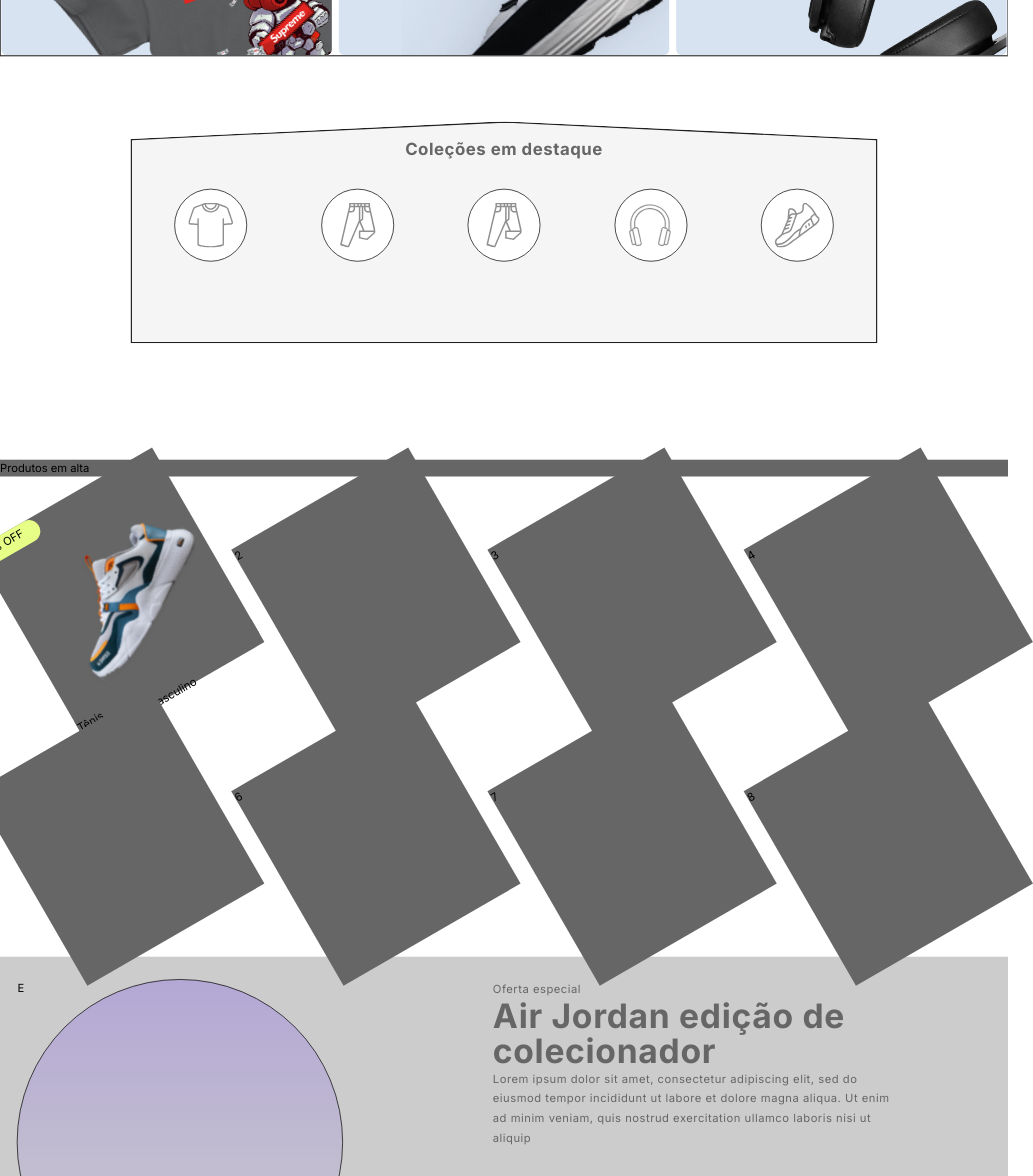
Repository: theophiloweb/landpage_disgital_store
Page: index.html
An editor plug-in stored every save of this project. The page is shown before and after the next save, followed by the edit.
The browser window is 1280 px wide. The page is 1476 px wide, so the pictures cover 1476 px, including what lies to the right of the window. The pictures show the part of the page from y = 1254 to 2934 px (the page is 3529 px tall), at 70% of full size.

Above is the page before, as saved 2025-04-25 09:38:30.

### index.html
<!DOCTYPE html>
<html lang="en">

<head>
  <meta charset="UTF-8" />
  <meta name="viewport" content="width=device-width, initial-scale=1.0" />
  <title>Document</title>
  <script src="https://cdn.jsdelivr.net/npm/@tailwindcss/browser@4"></script>
  <link rel="stylesheet" href="style.css" />
  <link rel="shortcut icon" href="./images/logo.svg" type="image/x-icon" />
</head>

<body>
  <!-- Container principal  -->
  <div class="container">
    <header>
      <div class="logotipo">
        <div class="logotipo_img">
          <img src="./images/logo.svg" alt="Logo" />
        </div>
        <div class="logotipo_text">
          <p>Digital Store</p>
        </div>
      </div>

      <div class="search_bar">
        <div class="search_bar_input">
          <div class="search-wrapper">
            <input type="text" placeholder="Pesquisar produtos" class="input_search" />
            <img src="./images/search.svg" alt="Ícone de busca" class="search-icon" />
          </div>
          <button type="button" class="button_login">Entrar</button>
          <img src="./images/buy0.svg" alt="buy" class="buy_icon" />
        </div>
      </div>
    </header>

    <nav>
      <ul class="nav_links">
        <li>Home</li>
        <li>Produtos</li>
        <li>Categorias</li>
        <li>Meus Pedidos</li>
      </ul>

      <p class="nav_empty"></p>
    </nav>

    <main>
      <aside>
        <section class="slideshow">
          <div class="slideshow_text">
            <p class="slideshow_text1">Melhores ofertas personalizadas</p>
            <h1 class="slideshow_text2">Queima de Estoque Nike 🔥</h1>
            <p class="slideshow_text3">
              Consequat culpa exercitation mollit nisi excepteur do do tempor
              laboris eiusmod irure consectetur.
            </p>
          </div>

          <div class="slideshow_img">
            <img src="./images/tenis.svg" alt="tenis_rotate" />
          </div>
        </section>

        <!-- SVG Teste
        <div class="teste">
          <svg xmlns="http://www.w3.org/2000/svg" width="1069" height="319" viewBox="0 0 1069 319" fill="none">
            <path d="M0.5 318V25L528 0.5L1068 25V318H0.5Z" stroke="black" />
          </svg>
          <p class="">Olá Mundo</p>
        </div>
        -->

        <section class="title_featured_collection">
          <div>
            <p>Coleções em destaque</p>
          </div>
        </section>

        <section class="featured_collection">

          <div class="boxs_featured_collection_img">
            <button>30% OFF</button>
            <h1>Novo drop Supreme</h1>
            <button>Comprar</button>
            <img src="./images/features_colletion_img1.png" class="img1" alt="" srcset="">
          </div>

          <div class="boxs_featured_collection_img">
            <button>30% OFF</button>
            <h1>Novo drop Supreme</h1>
            <button>Comprar</button>
            <img src="./images/features_colletion_img2.png" class="img2" alt="" srcset="">
          </div>

          <div class="boxs_featured_collection_img">
            <button>30% OFF</button>
            <h1>Novo drop Supreme</h1>
            <button>Comprar</button>
            <img src="./images/features_colletion_img3.png" class="img3" alt="" srcset="">
          </div>
        </section>

        <section class="featured_collection_2">
          <div class="featured_collection_2_box1">
            <div class="featured_collection_2_box2">
              <p>Coleções em destaque</p>
              <div class="featured_collection_2_icons">
                <div class="icon1"><img src="./images/ico1.svg" alt="" srcset=""></div>
                <div class="icon2"><img src="./images/ico2.svg" alt="" srcset=""></div>
                <div class="icon3"><img src="./images/ico3.svg" alt="" srcset=""></div>
                <div class="icon4"><img src="./images/ico4.svg" alt="" srcset=""></div>
                <div class="icon5"><img src="./images/ico5.svg" alt="" srcset=""></div>
              </div>
            </div>
          </div>
        </section>

        <section class="trending_products">
          <p>Produtos em alta</p>
          <div class="boxs_trending_products">
            <div>
              <p>30% OFF</p>
              <img src="./images/layer-1-aa-2.svg" alt="" srcset="">
              <p>Tênis</p>
              <h3>K-Swiss V8 - Masculino</h3>
              <span class="normal_value">$200</span>
              <span class="value_now">$100</span>
            </div>
            <div>2</div>
            <div>3</div>
            <div>4</div>
            <div>5</div>
            <div>6</div>
            <div>7</div>
            <div>8</div>
          </div>
        </section>

        <section class="special_offer">
          <div class="special_offer_grp_img">
            <div class="elipse_special_offer">E</div>
          </div>

          <div class="special_offer_text">
            <p>Oferta especial</p>
            <h2>Air Jordan edição de colecionador</h2>
            <p>
              Lorem ipsum dolor sit amet, consectetur adipiscing elit, sed do
              eiusmod tempor incididunt ut labore et dolore magna aliqua. Ut
              enim ad minim veniam, quis nostrud exercitation ullamco laboris
              nisi ut aliquip
            </p>
          </div>
        </section>
      </aside>
    </main>
  </div>
  <footer class="footer">
    <div class="logo_footer">Logo Footer</div>

    <div class="links_utils">
      <div class="information">Information</div>
      <div class="categories">Categories</div>
      <div class="contact">Contact</div>
    </div>
  </footer>
</body>

</html>

### style.css
@import url("https://fonts.googleapis.com/css2?family=Inter:ital,opsz,wght@0,14..32,100..900;1,14..32,100..900&family=Oswald:wght@200..700&family=Roboto:ital,wght@0,100..900;1,100..900&display=swap");

:root {
  --color-dark: #1f1f1f;
  --dark-gray-1: #474747;
  --dark-gray-2: #666666;
  --light-gray-1: #8f8f8f;
  --light-gray-2: #cccccc;
  --light-gray-3: #f5f5f5;
  --white: #ffffff;
  --primary: #c92071;
  --secundary: #b5b6f2;
  --tTertiary: #991956;
  --error: #ee4266;
  --success: #52ca76;
  --warning: #f6aa1c;
  --primary-g: linear-gradient(top, #c92071 0%, #edabca 100%);
  --secondary-g: linear-gradient(top, #b5b6f2 0%, #efefff 100%);
  --offset: 40px;
}

* {
  margin: 0;
  padding: 0;
  box-sizing: border-box;
  font-family: "Inter", sans-serif;
}

body {
  width: 100%;
  height: auto;
  display: grid;
  place-items: center;
  grid-template-columns: auto;
  grid-template-rows: auto;
}

.container {
  margin-top: 10px;
  display: grid;
  grid-template-rows: 1fr;
  place-items: center;
  max-width: 1440px;
  gap: 5px;
}

/* Header */
header {
  display: flex;
  gap: 10px;
  justify-content: center;
  border: 2px groove var(--color-dark);
  width: 1440px;
  height: 192px;
}

.logotipo {
  display: flex;
  gap: 10px;
  justify-content: space-around;
  align-items: center;
}

.logotipo_img {
  width: 33px;
  height: 33px;
}

.logotipo_text {
  font-size: 36.4px;
  font-family: "Inter";
  font-weight: 600;
  color: rgba(201, 32, 113, 1);
}

.search_bar_input {
  margin-top: 60px;
  margin-left: 400px;
  display: flex;
  gap: 24px;
  justify-content: space-around;
  align-items: center;
}

.search-wrapper {
  display: flex;
  align-items: center;
  gap: 0.5rem;
}

.input_search {
  background: var(--white);
  border-radius: 8px;
  opacity: 9;
  width: 400px;
  height: 60px;
}

.search_icon {
  position: absolute;

  color: var(--dark-gray-2);
  left: -50px;
}

.button_login {
  width: 114px;
  height: 40px;
  color: var(--light-gray-3, #f5f5f5);
  text-align: center;
  font-family: "Inter", sans-serif;
  font-size: 16px;
  font-weight: 700;
  background-color: var(--tTertiary);
  padding: 10px;
  border-radius: 10px;
}

.buy_icon {
  margin-left: 69px;
}

/* Section Central Nav */
nav {
  display: grid;
  grid-template-columns: repeat(8, 1fr);
  grid-template-rows: 1fr;
  width: 1440px;
  height: 50px;
}

.nav_links {
  list-style: none;
  grid-column: 2 / 6;
}

.nav_links li {
  display: inline-block;
  padding: 5px 20px;
  color: var(--color-dark);
}

.nav_empty {}

/* Section Central Slideshow */
.slideshow {
  display: grid;
  gap: 10px;
  grid-template-columns: repeat(2, 1fr);
  align-items: center;
  border: 2px groove var(--color-dark);
  max-width: 1440px;
  height: 681px;
  background-color: var(--light-gray-3);
}

.slideshow_text {
  margin-left: 100px;
  word-spacing: 2px;
}

.slideshow_text1 {
  font-size: 16px;
  font-family: "Inter";
  font-weight: 700;
  color: rgba(246, 170, 28, 1);
}

.slideshow_text2 {
  font-size: 64px;
  font-family: "Inter";
  font-weight: 800;
  color: rgba(31, 31, 31, 1);
}

.slideshow_text3 {
  font-size: 18px;
  font-family: "Inter";
  font-weight: 400;
  color: rgba(71, 71, 71, 1);
}

/* Section Central featured_collection - Image */
.featured_collection {
  display: grid;
  grid-template-columns: repeat(3, 1fr);
  grid-template-rows: 330px;
  gap: 10px;
  border: 2px groove var(--color-dark);
}

/* Estilos para cada div dentro da coleção */
.featured_collection>div {
  position: relative;
  border-radius: 8px;
  background: #d8e3f2;
  overflow: hidden;
  /* Garante que qualquer conteúdo (como imagem) que ultrapasse o limite da div seja escondido */
}

.title_featured_collection {
  color: var(--dark-gray-2, #474747);
  font-feature-settings: "liga" off, "clig" off;
  font-family: Inter;
  font-size: 24px;
  font-style: normal;
  font-weight: 700;
  line-height: 38px;
  letter-spacing: 0.75px;
  padding: 10px;
}

/* Ajustes de z-index para as divs */
.featured_collection>div:nth-of-type(1) {
  z-index: 1;
}

.featured_collection>div:nth-of-type(2) {
  z-index: 2;
}

.featured_collection>div:nth-of-type(3) {
  z-index: 3;
}

.featured_collection>div button:nth-of-type(1) {
  margin-top: 34px;
  padding: 15px 15px;
  width: 120px;
  height: 50px;
  border-radius: 29px;
  background: #e7ff86;
  color: var(--dark-gray-2, #474747);
  font-feature-settings: "liga" off, "clig" off;
  font-family: Inter;
  font-size: 14px;
  font-style: normal;
  font-weight: 700;
  line-height: 22px;
  /* 157.143% */
  letter-spacing: 0.75px;
  position: relative;
  /* Torna o z-index dos botões válido */
  z-index: 2;
  /* Coloca os botões à frente da imagem */
}

.featured_collection>div h1 {
  color: var(--dark-gray, #1f1f1f);
  font-feature-settings: "liga" off, "clig" off;
  font-family: Inter;
  font-size: 32px;
  font-style: normal;
  font-weight: 700;
  line-height: 36px;
  /* 112.5% */
  letter-spacing: 1px;
  margin-top: 10px;
  width: 172px;
  position: relative;
  /* Torna o z-index do texto válido */
  z-index: 2;
  /* Coloca o texto à frente da imagem */
}

.featured_collection>div button:nth-of-type(2) {
  width: 153px;
  height: 48px;
  flex-shrink: 0;
  color: var(--primary, #c92071);
  text-align: center;
  font-feature-settings: "liga" off, "clig" off;
  font-family: Inter;
  font-size: 16px;
  font-style: normal;
  font-weight: 700;
  line-height: 24px;
  /* 150% */
  letter-spacing: 0.75px;
  background-color: var(--white);
  margin-top: 20px;
  position: relative;
  /* Torna o z-index dos botões válido */
  z-index: 2;
  /* Coloca os botões à frente da imagem */
  border-radius: 10px;
}

/* Estilos para a imagem dentro das divs */
.boxs_featured_collection_img .img1 {
  position: absolute;
  /* Permite mover a imagem livremente dentro da div */
  top: 110px;
  /* Ajuste da posição da imagem */
  left: 200px;
  /* Ajuste da posição da imagem */
  width: 80%;
  transform: rotate(-20.783deg) scale(1.5);
  /* Rota a imagem */
  object-fit: cover;
  /* Faz com que a imagem cubra a div sem distorcer */
  object-position: center;
  /* Centraliza a imagem dentro da div */
  z-index: 0;
  /* Coloca a imagem atrás do conteúdo da div */
}

/* Estilos para a imagem dentro das divs */
.boxs_featured_collection_img .img2 {
  position: absolute;
  /* Permite mover a imagem livremente dentro da div */
  top: 0px;
  /* Ajuste da posição da imagem */
  left: 160px;
  /* Ajuste da posição da imagem */
  width: 60%;
  transform: rotate(-0deg) scale(1.5);
  /* Rota a imagem */
  object-fit: cover;
  /* Faz com que a imagem cubra a div sem distorcer */
  object-position: center;
  /* Centraliza a imagem dentro da div */
  /* Coloca a imagem atrás do conteúdo da div */
}

/* Estilos para a imagem dentro das divs */
.boxs_featured_collection_img .img3 {
  position: absolute;
  /* Permite mover a imagem livremente dentro da div */
  top: 50px;
  /* Ajuste da posição da imagem */
  left: 260px;
  /* Ajuste da posição da imagem */
  width: 50%;
  transform: rotate(38deg) scale(1.5);
  /* Rota a imagem */
  object-fit: cover;
  /* Faz com que a imagem cubra a div sem distorcer */
  object-position: center;
  /* Centraliza a imagem dentro da div */
}

/* Section Central featured_collection 2 */
.featured_collection_2 {
  display: flex;
  justify-content: center;
  max-width: 1440px;
}

.featured_collection_2_box1 {
  width: 1067.5px;
  height: 317.5px;
  position: relative;
  display: flex;
  justify-content: center;
  align-items: center;
  box-sizing: border-box;
  margin: 92.5px 0 156px 0;
}

.featured_collection_2_box2 {
  width: 1067.5px;
  height: 317.5px;
  border-radius: 0;
  position: relative;
  overflow: hidden;
  background: none;
  -webkit-clip-path: polygon(0% 8%, 50% 0%, 100% 8%, 100% 100%, 0% 100%);
  clip-path: polygon(0% 8%, 50% 0%, 100% 8%, 100% 100%, 0% 100%);
  box-sizing: border-box;
}

.featured_collection_2_box2::before {
  content: "";
  position: absolute;
  top: 0;
  left: 0;
  width: 100%;
  height: 100%;
  background-color: var(--color-dark);
  -webkit-clip-path: polygon(0% 8%, 50% 0%, 100% 8%, 100% 100%, 0% 100%);
  clip-path: polygon(0% 8%, 50% 0%, 100% 8%, 100% 100%, 0% 100%);
  z-index: 1;
}

.featured_collection_2_box2::after {
  content: "";
  position: absolute;
  top: 2px;
  left: 2px;
  width: calc(100% - 4px);
  height: calc(100% - 4px);
  background-color: var(--light-gray-3);
  -webkit-clip-path: polygon(0% 8%, 50% 0%, 100% 8%, 100% 100%, 0% 100%);
  clip-path: polygon(0% 8%, 50% 0%, 100% 8%, 100% 100%, 0% 100%);
  z-index: 2;
}

.featured_collection_2_box2 p {
  position: relative;
  z-index: 3;
  color: rgb(37, 17, 17);
  padding: 20px;
  text-align: center;
  color: var(--dark-gray-2, #474747);
  font-feature-settings: "liga" off, "clig" off;
  font-family: Inter;
  font-size: 24px;
  font-style: normal;
  font-weight: 700;
  line-height: 38px;
  /* 158.333% */
  letter-spacing: 0.75px;
}

/*
.teste {
  position: relative;

  width: 1069px;
  height: 319px;
  z-index: 2;
}

svg {
  position: absolute;
  z-index: 1;
  background-color: transparent;
}

.teste p {
  position: absolute;
  top: 100px;
  left: 100px;
}
*/

.featured_collection_2_icons {
  display: grid;
  grid-template-columns: repeat(5, 1fr);
  justify-items: center;
  align-items: center;
  color: #000;
  width: 100%;
  z-index: 4;
  position: absolute;
  bottom: 0;
  top: -20px;
  left: 0;
  width: 100%;
  padding: 10px;
}

.featured_collection_2_icons>div {
  width: 104px;
  height: 104px;
  border-radius: 50%;
  background-color: var(--white);
  display: flex;
  /* Para centralizar o número dentro do círculo */
  justify-content: center;
  /* Centraliza horizontalmente */
  align-items: center;
  /* Centraliza verticalmente */
  font-size: 2em;
  /* Exemplo: tamanho do número */
  color: #000;
  /* Exemplo: cor do número para contraste */
  border: 1px solid #000;
  /* Adiciona uma borda para melhor visualização */
}

/* trending_products */

.trending_products {
  margin-top: 10px;
  display: flex;
  flex-direction: column;
}

.trending_products p {
  background-color: var(--dark-gray-2);
}

.boxs_trending_products {
  margin-top: 10px;
  display: grid;
  grid-template-columns: repeat(4, 1fr);
  grid-template-rows: repeat(2, 1fr);
  gap: 24px;
  justify-items: center;
  align-items: stretch;
}

.boxs_trending_products div:nth-last-of-type(-n+8) {
  background-color: var(--dark-gray-2);
  width: 292px;
  height: 422px;

}

.boxs_trending_products div:nth-last-of-type(-n+8) {
  width: 292px;
  height: 321px;
  transform: rotate(-30deg);

}

.boxs_trending_products div:nth-last-of-type(-n+8) p:first-child {
  width: 96px;
  height: 32px;
  border-radius: 29px;
  background: #E7FF86;
}

.boxs_trending_products div:nth-last-of-type(1) img {
  width: 248px;
  height: 134px;
  transform: rotate(-30deg);

}



/* Section Central special_offer */

.special_offer {
  display: flex;
  gap: 99px;
  justify-content: space-around;
  max-width: 1440px;
  margin-top: 10px;
  background-color: var(--light-gray-2);
  height: 553px;
  flex-shrink: 0;
}

.special_offer_grp_img {
  width: 573px;
  height: 330px;
  /*background: url(./images/Laye\ 1.svg) var(--white) 100% / cover no-repeat; */
  background-color: var(--light-gray-2);
  margin: 32px 0 191px 20px;
}

.elipse_special_offer {
  width: 466px;
  height: 466px;
  flex-shrink: 0;
  border-radius: 466px;
  border: 1px solid #000;
  background: linear-gradient(180deg,
      rgba(66, 0, 255, 0.25) -40.67%,
      rgba(255, 255, 255, 0) 100%);
}

.special_offer_text {
  width: 573px;
  height: 330px;
  background-color: var(--light-gray-2);
  margin-top: 32px;
  margin-right: 159px;
}

.special_offer_text p {
  color: var(--primary, #c92071);
  font-feature-settings: "liga" off, "clig" off;
  font-family: Inter;
  font-size: 14px;
  font-style: normal;
  font-weight: 700;
  line-height: 22px;
  /* 157.143% */
  letter-spacing: 0.75px;
}

.special_offer_text h2 {
  color: var(--dark-gray-2, #474747);
  font-feature-settings: "liga" off, "clig" off;
  font-family: Inter;
  font-size: 48px;
  font-style: normal;
  font-weight: 700;
  line-height: 50px;
  /* 104.167% */
  letter-spacing: 1px;
}

.special_offer_text:last-child p {
  color: var(--dark-gray-2, #474747);
  font-feature-settings: "liga" off, "clig" off;
  font-family: Inter;
  font-size: 16px;
  font-style: normal;
  font-weight: 400;
  line-height: 28px;
  /* 175% */
  letter-spacing: 0.75px;
}

/* Footer */

footer {
  display: flex;
  gap: 205px;
  justify-content: center;
  justify-content: space-around;
  background-color: var(--dark-gray-2);
  width: 1440px;
  height: 454px;
  flex-shrink: 0;
  margin-top: -99px;
}

.logo_footer {
  width: 307px;
  height: 300px;
  background-color: var(--white);
  margin-top: 72px;
}

.links_utils {
  display: flex;
  gap: 10px;
  margin-top: 72px;
}

.information {
  width: 250px;
  height: 300px;
  background-color: var(--white);
}

.categories {
  width: 250px;
  height: 300px;
  background-color: var(--white);
}

.contact {
  width: 250px;
  height: 300px;
  background-color: var(--white);
}

After the next save:
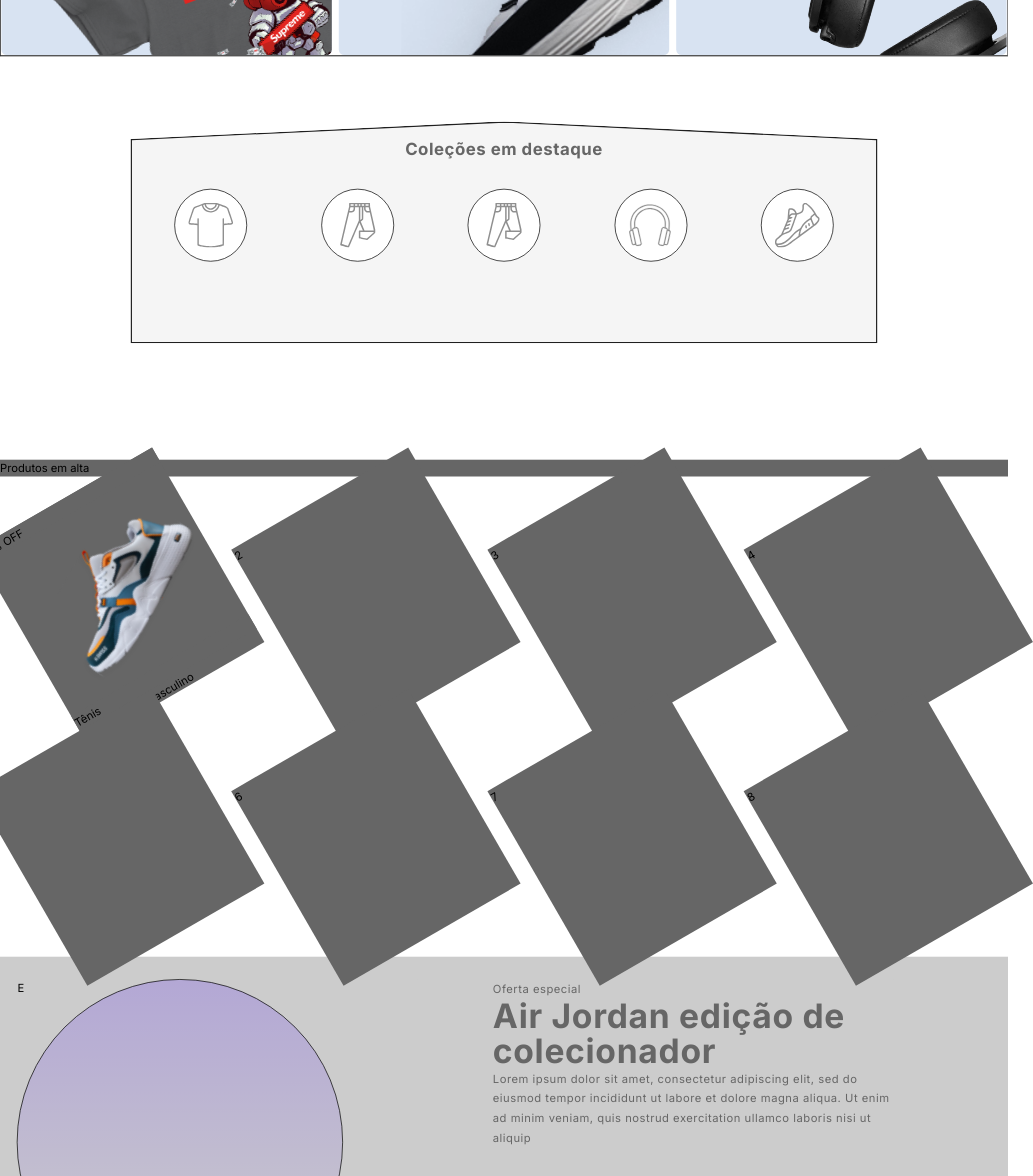
Saved 2 min 32 s later.
--- a/style.css
+++ b/style.css
@@ -506,12 +506,7 @@
 
 }
 
-.boxs_trending_products div:nth-last-of-type(-n+8) p:first-child {
-  width: 96px;
-  height: 32px;
-  border-radius: 29px;
-  background: #E7FF86;
-}
+
 
 .boxs_trending_products div:nth-last-of-type(1) img {
   width: 248px;

After the save that followed:
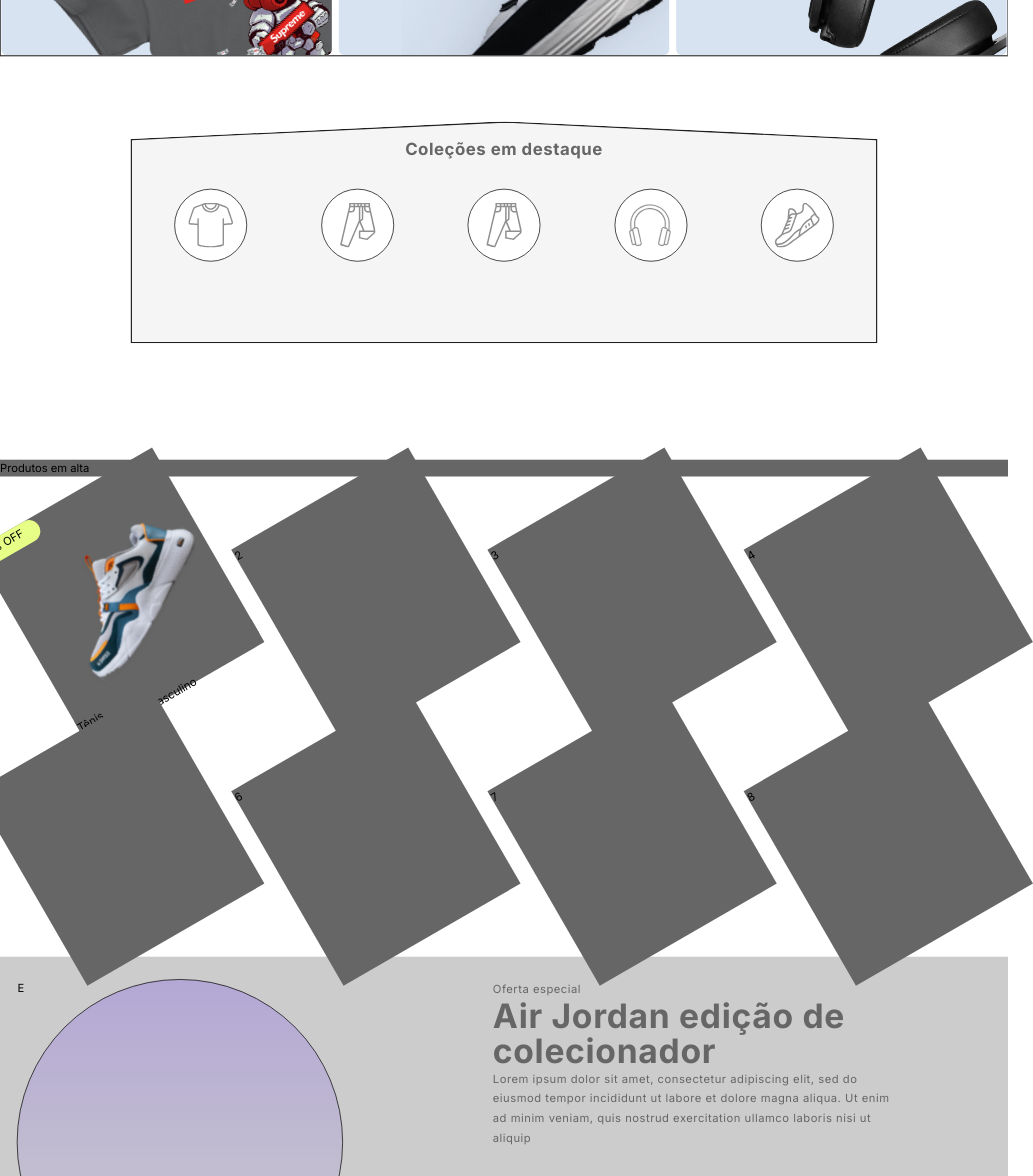
Saved 9 s later.
--- a/style.css
+++ b/style.css
@@ -506,7 +506,12 @@
 
 }
 
-
+.boxs_trending_products div:nth-last-of-type(-n+8) p:first-child {
+  width: 96px;
+  height: 32px;
+  border-radius: 29px;
+  background: #E7FF86;
+}
 
 .boxs_trending_products div:nth-last-of-type(1) img {
   width: 248px;
